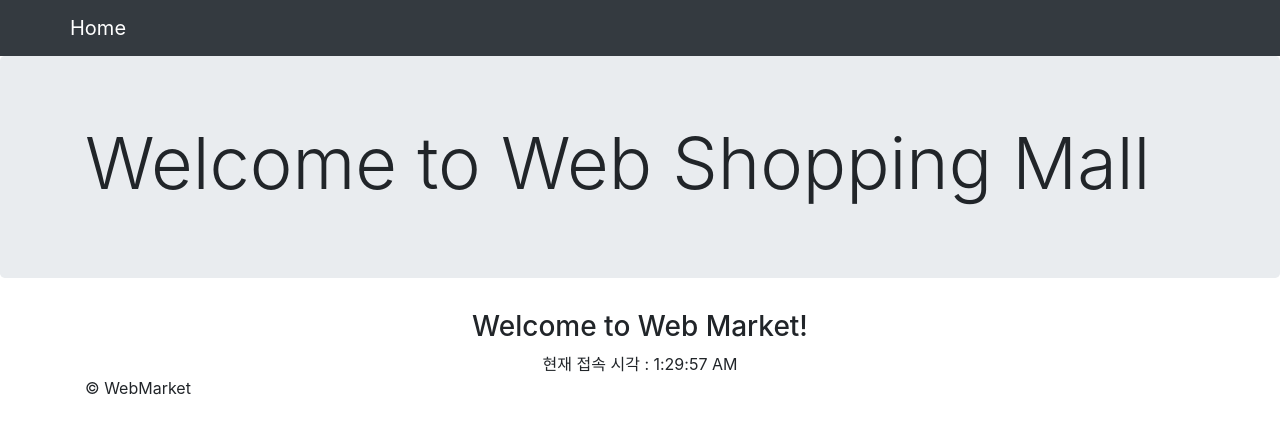
Repository: bobo1201/jspwork
Page: http://localhost/JSP0227/ch03_board/menu.jsp
These files come from the project's save history. The page is drawn as it stood at one moment and after the next save; the edit follows.
The browser window is 1280 px wide. The pictures show the whole page.
The page is served by Tomcat 9.

Above is the page before, as saved 2023-02-27 07:25:49.

### JSP0227/src/main/webapp/ch03_board/menu.jsp
<%@ page language="java" contentType="text/html; charset=UTF-8"
    pageEncoding="UTF-8"%>
<%@ page import="java.util.Date" %>
<!DOCTYPE html>
<html>
<head>
<meta charset="UTF-8">
<link rel = "stylesheet"
	href = "http://maxcdn.bootstrapcdn.com/bootstrap/4.0.0/css/bootstrap.min.css">
<title>Welcome</title>
</head>
<body>
	<nav class = "navbar navbar-expand navbar-dark bg-dark">
		<div class = "container">
			<div class = "navbar-header">
				<a class = "navbar-brand" href="./welcom.jsp">Home</a>
			</div>
		</div>
	</nav>

	<%! String greeting = "Welcome to Web Shopping Mall";
		String tagline = "Welcome to Web Market!";%>
	<div class = "jumbotron">
		<div class = "container">
			<h1 class = "display-3"><%= greeting %></h1>
		</div>
	</div>
	<main role = "main">
	<div class = "container">
		<div class = "text-center">
			<h3><%= tagline %></h3>
			<%
				Date day = new java.util.Date();
				String am_pm;
				int hour = day.getHours();
				int minute = day.getMinutes();
				int second = day.getSeconds();
				if(hour / 12 == 0){
					am_pm = "AM";
				} else{
					am_pm = "PM";
					hour = hour - 12;
				}
				String CT = hour + ":" + minute + ":" + second + " " + am_pm;
				out.println("현재 접속 시각 : " + CT + "\n");
			%>
		</div>
	</div>
	</main>

	<footer class = "container">
		<p>&copy; WebMarket</p>
	</footer>
</body>
</html>

After the next save:
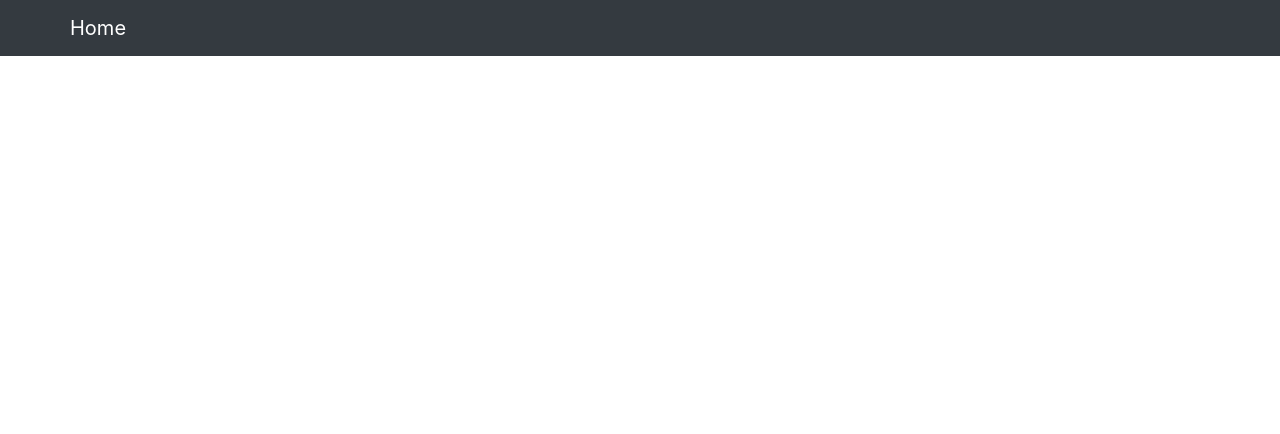
Saved 4 min 25 s later.
--- a/JSP0227/src/main/webapp/ch03_board/menu.jsp
+++ b/JSP0227/src/main/webapp/ch03_board/menu.jsp
@@ -17,39 +17,5 @@
 			</div>
 		</div>
 	</nav>
-
-	<%! String greeting = "Welcome to Web Shopping Mall";
-		String tagline = "Welcome to Web Market!";%>
-	<div class = "jumbotron">
-		<div class = "container">
-			<h1 class = "display-3"><%= greeting %></h1>
-		</div>
-	</div>
-	<main role = "main">
-	<div class = "container">
-		<div class = "text-center">
-			<h3><%= tagline %></h3>
-			<%
-				Date day = new java.util.Date();
-				String am_pm;
-				int hour = day.getHours();
-				int minute = day.getMinutes();
-				int second = day.getSeconds();
-				if(hour / 12 == 0){
-					am_pm = "AM";
-				} else{
-					am_pm = "PM";
-					hour = hour - 12;
-				}
-				String CT = hour + ":" + minute + ":" + second + " " + am_pm;
-				out.println("현재 접속 시각 : " + CT + "\n");
-			%>
-		</div>
-	</div>
-	</main>
-
-	<footer class = "container">
-		<p>&copy; WebMarket</p>
-	</footer>
 </body>
 </html>
